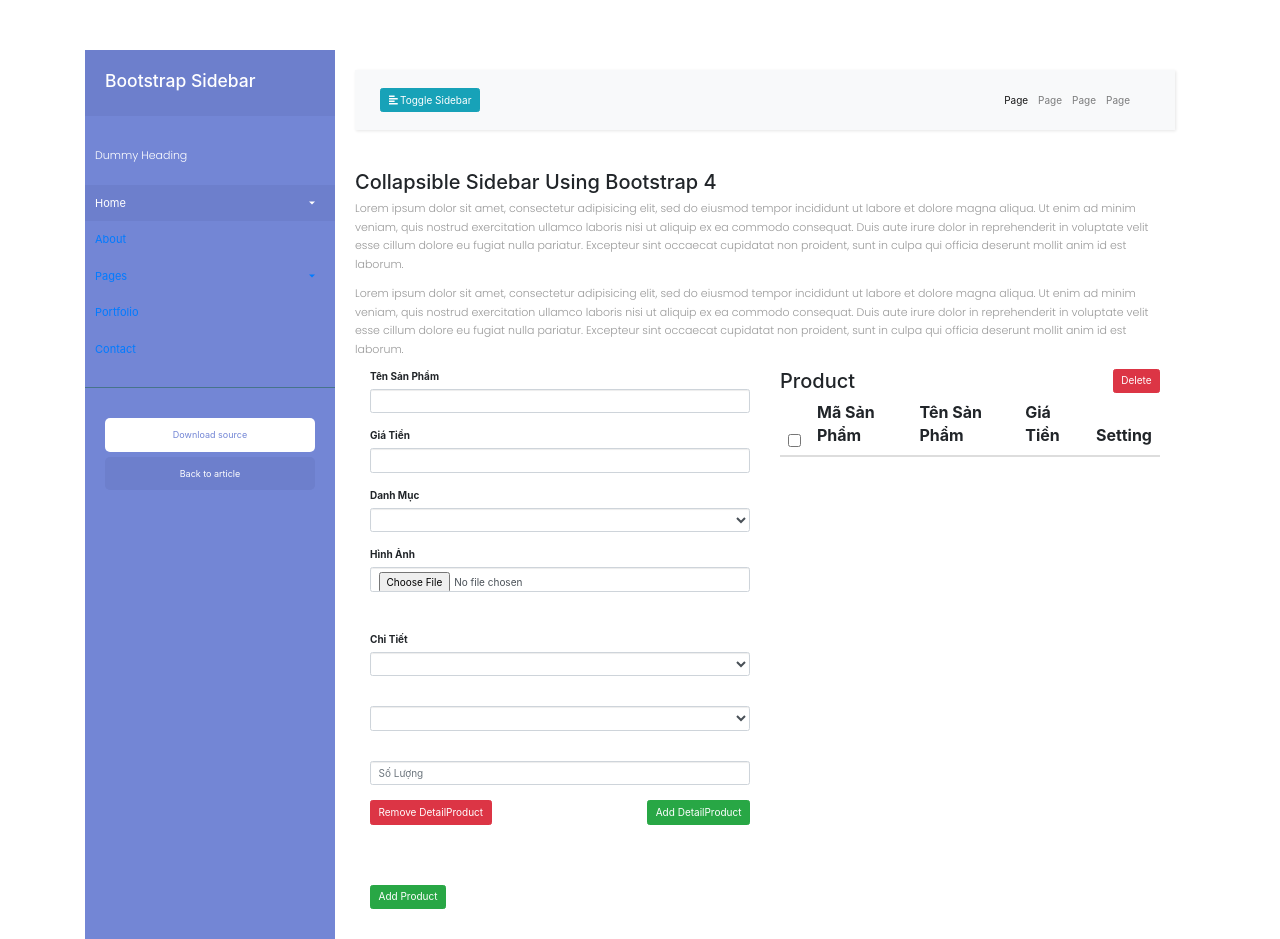
Repository: tiendungnguyen738/shoponline
Page: http://localhost/shoponline/WEB-INF/views/Product_Admin.jsp
An editor plug-in stored every save of this project. The page is shown before and after the next save, followed by the edit.
The browser window is 1280 px wide. The pictures show the whole page.
Some web libraries are served in a nearby version. The page is served by Tomcat 9. Nobody is signed in. Other server files are loaded and not shown. The template is opened directly, without the code that normally fills it, so the values that code supplies are empty.

Above is the page before, as saved 2019-09-24 13:22:17.

### shoponline/src/main/webapp/WEB-INF/views/Product_Admin.jsp
<%@ taglib prefix="c" uri="http://java.sun.com/jsp/jstl/core" %>
<%@ page contentType="text/html;charset=UTF-8" language="java" %>

<html>
<head>
    <title>Product-Manage</title>
    <meta charset="utf-8">
    <link rel="stylesheet" href="https://maxcdn.bootstrapcdn.com/bootstrap/3.4.0/css/bootstrap.min.css">
   	<link rel="stylesheet" href="<c:url value='/resources/admin/product-admin.css'/>"/>
   	<link rel="stylesheet" href="<c:url value='/resources/admin/style.css'/>"/>

   	<meta name="viewport" content="width=device-width, initial-scale=1.0">
    <meta http-equiv="X-UA-Compatible" content="IE=edge">

    <link rel="stylesheet" href="https://stackpath.bootstrapcdn.com/bootstrap/4.1.0/css/bootstrap.min.css" integrity="sha384-9gVQ4dYFwwWSjIDZnLEWnxCjeSWFphJiwGPXr1jddIhOegiu1FwO5qRGvFXOdJZ4" crossorigin="anonymous">
    <script defer src="https://use.fontawesome.com/releases/v5.0.13/js/solid.js" integrity="sha384-tzzSw1/Vo+0N5UhStP3bvwWPq+uvzCMfrN1fEFe+xBmv1C/AtVX5K0uZtmcHitFZ" crossorigin="anonymous"></script>
    <script defer src="https://use.fontawesome.com/releases/v5.0.13/js/fontawesome.js" integrity="sha384-6OIrr52G08NpOFSZdxxz1xdNSndlD4vdcf/q2myIUVO0VsqaGHJsB0RaBE01VTOY" crossorigin="anonymous"></script>

</head>
<body>
    <div class="container" style="margin-top: 50px;">
    <div class="wrapper">
			<nav id="sidebar">
            <div class="sidebar-header">
                <h3>Bootstrap Sidebar</h3>
            </div>

            <ul class="list-unstyled components">
                <p>Dummy Heading</p>
                <li class="active">
                    <a href="#homeSubmenu" data-toggle="collapse" aria-expanded="false" class="dropdown-toggle">Home</a>
                    <ul class="collapse list-unstyled" id="homeSubmenu">
                        <li>
                            <a href="#">Home 1</a>
                        </li>
                        <li>
                            <a href="#">Home 2</a>
                        </li>
                        <li>
                            <a href="#">Home 3</a>
                        </li>
                    </ul>
                </li>
                <li>
                    <a href="#">About</a>
                </li>
                <li>
                    <a href="#pageSubmenu" data-toggle="collapse" aria-expanded="false" class="dropdown-toggle">Pages</a>
                    <ul class="collapse list-unstyled" id="pageSubmenu">
                        <li>
                            <a href="#">Page 1</a>
                        </li>
                        <li>
                            <a href="#">Page 2</a>
                        </li>
                        <li>
                            <a href="#">Page 3</a>
                        </li>
                    </ul>
                </li>
                <li>
                    <a href="#">Portfolio</a>
                </li>
                <li>
                    <a href="#">Contact</a>
                </li>
            </ul>

            <ul class="list-unstyled CTAs">
                <li>
                    <a href="https://bootstrapious.com/tutorial/files/sidebar.zip" class="download">Download source</a>
                </li>
                <li>
                    <a href="https://bootstrapious.com/p/bootstrap-sidebar" class="article">Back to article</a>
                </li>
            </ul>
        </nav>
            <div id="content">

            <nav class="navbar navbar-expand-lg navbar-light bg-light">
                <div class="container-fluid">

                    <button type="button" id="sidebarCollapse" class="btn btn-info">
                        <i class="fas fa-align-left"></i>
                        <span>Toggle Sidebar</span>
                    </button>
                    <button class="btn btn-dark d-inline-block d-lg-none ml-auto" type="button" data-toggle="collapse" data-target="#navbarSupportedContent" aria-controls="navbarSupportedContent" aria-expanded="false" aria-label="Toggle navigation">
                        <i class="fas fa-align-justify"></i>
                    </button>

                    <div class="collapse navbar-collapse" id="navbarSupportedContent">
                        <ul class="nav navbar-nav ml-auto">
                            <li class="nav-item active">
                                <a class="nav-link" href="#">Page</a>
                            </li>
                            <li class="nav-item">
                                <a class="nav-link" href="#">Page</a>
                            </li>
                            <li class="nav-item">
                                <a class="nav-link" href="#">Page</a>
                            </li>
                            <li class="nav-item">
                                <a class="nav-link" href="#">Page</a>
                            </li>
                        </ul>
                    </div>
                </div>
            </nav>

            <h2>Collapsible Sidebar Using Bootstrap 4</h2>
            <p>Lorem ipsum dolor sit amet, consectetur adipisicing elit, sed do eiusmod tempor incididunt ut labore et dolore magna aliqua. Ut enim ad minim veniam, quis nostrud exercitation ullamco laboris nisi ut aliquip ex ea commodo consequat. Duis aute irure dolor in reprehenderit in voluptate velit esse cillum dolore eu fugiat nulla pariatur. Excepteur sint occaecat cupidatat non proident, sunt in culpa qui officia deserunt mollit anim id est laborum.</p>
            <p>Lorem ipsum dolor sit amet, consectetur adipisicing elit, sed do eiusmod tempor incididunt ut labore et dolore magna aliqua. Ut enim ad minim veniam, quis nostrud exercitation ullamco laboris nisi ut aliquip ex ea commodo consequat. Duis aute irure dolor in reprehenderit in voluptate velit esse cillum dolore eu fugiat nulla pariatur. Excepteur sint occaecat cupidatat non proident, sunt in culpa qui officia deserunt mollit anim id est laborum.</p>


            <div class="col-md-6 col-sm-12 form-group">
                <form id="form-sanpham">
                    <label>Tên Sản Phẩm</label>
                    <input type="text" class="form-control" id="tenSanPham" name="tenSanPham"></br>

                    <label>Giá Tiền</label>
                    <input type="text" class="form-control" id="giaTien" name="giaTien"></br>

                    <label for="danhmucsanpham">Danh Mục</label><br>
                    <select id="danhmucsanpham" name="danhmucsanpham" class="form-control">
                       <c:forEach items="${categoryList}" var="categoryList">
                            <option value="${categoryList.category_id}">${categoryList.category_name}</option>
                        </c:forEach>
                    </select><br/>

                    <label>Hình Ảnh</label>
                    <input type="file" class="form-control" id="uploadhinhanh" name="uploadhinhanh"></br>
					<br/>
                </form>
                    <div id="containerChitietsanpham">

                        <div class="chitietsanpham">
                            <label>Chi Tiết</label></br>

                            <select name="size" class="form-control">
                                 <c:forEach items="${sizeList}" var="sizeList">
                                    <option value="${sizeList.id}">${sizeList.sizeName}</option>
                                </c:forEach>
                            </select></br></br>

                            <select name="mau" class="form-control">
                                 <c:forEach items="${colorList}" var="colorList">
                                    <option value="${colorList.id}">${colorList.colorName}</option>
                                </c:forEach>
                            </select></br></br>

                            <input type="number" name="soluong" class="form-control" placeholder="Số Lượng"/></br>
                            <button type="button" class="btn btn-danger btn-remove" style="display: inline;">Remove DetailProduct</button>
                            <button type="button" class="btn btn-success btn-detail" style="float:right;display: inline;">Add DetailProduct</button></br>
                        </div></br></br>
                    </div>

                        <div class="chitietsanpham" id="idChiTietSanPham">
                            <label>Chi Tiết</label></br>

                            <select name="size" class="form-control" id="size1">
                                <c:forEach items="${sizeList}" var="sizeList">
                                    <option value="${sizeList.id}">${sizeList.sizeName}</option>
                                </c:forEach>
                            </select></br></br>

                            <select name="mau" class="form-control" id="mau1">
                                 <c:forEach items="${colorList}" var="colorList">
                                    <option value="${colorList.id}">${colorList.colorName}</option>
                                </c:forEach>
                            </select></br></br>

                            <input type="number" name="soluong" id="soLuong1" class="form-control" placeholder="Số Lượng"/></br>
                            <button type="button" class="btn btn-danger btn-remove" style="display: inline;">Remove DetailProduct</button>
                            <button type="button" class="btn btn-success btn-detail" style="float:right;display: inline;">Add DetailProduct</button></br><br/>
                            <button type="button" class="btn btn-dark" id="cancel">Cancel</button>
                            <button type="button" class="btn btn-primary capNhatSanPham" id="capNhatSanPham">Update Product</button>
                        </div></br></br>
                    <button id="btn-themSanPham" type="button" class="btn btn-success">Add Product</button>

            </div>
	        <div class="col-md-6 col-sm-12">
	            <div>
	                <h2 style="display: inline;">Product</h2>
	                <button type="button" class="btn btn-danger" id="button-delete" style="float:right;display: inline;">Delete</button>
	            </div>
	            <table class="table table-hover" id="table-product">
	                <thead>
	                <tr>
	                    <th><input type="checkbox" class="AllCheckBox" id="allBox"></th>
	                    <th>Mã Sản Phẩm</th>
	                    <th>Tên Sản Phẩm</th>
	                    <th>Giá Tiền</th>
	                    <th>Setting</th>
	                </tr>
	                </thead>
	                <tbody>
		             	<c:forEach items="${productList1}" var="pro">
		                    <tr>
		                        <td><input type="checkbox" value="${pro.id}" name="sport"/></td>
		                        <td>${pro.id}</td>
		                        <td>${pro.productName}</td>
		                        <td>${pro.price}</td>
		                        <td><button type="button" class="btn btn-warning" value="${pro.id}" id="editProduct">Edit</button></td>
		                    </tr>
		                </c:forEach>
	                </tbody>
	            </table>
	            <ul style="display: inline;list-style-type: none;" class="pagination">
	                <c:forEach begin="1" end="${tongSoTrang}" var="trangThu">
	                     <li style="display: inline;margin-left: -6%;" class="page-item">
	                         <a href="/shoponline/admin-product/${trangThu}" class="page" style="padding: 7px 10px;border-radius: 5px; border:1px blue solid;"><c:out value="${trangThu}"/></a>
	                     </li>
	                </c:forEach>
	            </ul>
	        </div>


        </div>
        </div>
    </div>

    <script src="https://code.jquery.com/jquery-3.3.1.slim.min.js" integrity="sha384-q8i/X+965DzO0rT7abK41JStQIAqVgRVzpbzo5smXKp4YfRvH+8abtTE1Pi6jizo" crossorigin="anonymous"></script>
    <!-- Popper.JS -->
    <script src="https://cdnjs.cloudflare.com/ajax/libs/popper.js/1.14.0/umd/popper.min.js" integrity="sha384-cs/chFZiN24E4KMATLdqdvsezGxaGsi4hLGOzlXwp5UZB1LY//20VyM2taTB4QvJ" crossorigin="anonymous"></script>
    <!-- Bootstrap JS -->
    <script src="https://stackpath.bootstrapcdn.com/bootstrap/4.1.0/js/bootstrap.min.js" integrity="sha384-uefMccjFJAIv6A+rW+L4AHf99KvxDjWSu1z9VI8SKNVmz4sk7buKt/6v9KI65qnm" crossorigin="anonymous"></script>

    <script type="text/javascript">
        $(document).ready(function () {
            $('#sidebarCollapse').on('click', function () {
                $('#sidebar').toggleClass('active');
            });
        });
    </script>
</body>

<script src="http://code.jquery.com/jquery-1.9.1.js"></script>
<script src="http://malsup.github.com/jquery.form.js"></script>
<script type="text/javascript" src="<c:url value='/resources/js/productManage.js'/>"></script>

</html>

### shoponline/src/main/webapp/resources/admin/product-admin.css
#idChiTietSanPham{
	 display:none;
}

### shoponline/src/main/webapp/resources/js/productManage.js
$(document).ready(function(){
	var idProduct = 0;
    var files= [];
	var nameImage = "";
	$("#uploadhinhanh").change(function(event){
		 files = event.target.files;
	       nameImage = files[0].name;
	       var forms = new FormData();
	       forms.append("file",files[0]);
	       $.ajax({
	           url:"/shoponline/api-product-manage/upload-image",
	           type:"POST",
	           data:forms,
	           processData: false,
	           contentType: false,
	           enctype:"multipart/form-data",
	           success:function(value){
	               alert("upload thanh cong");
	           }
	       })
	})

	$("body").on("click",".btn-detail",function(){
		var This = $("#idChiTietSanPham").clone();
		This.removeAttr("id");
		This.appendTo($("#containerChitietsanpham"));
	})

	$("body").delegate(".btn-remove","click",function(){
		this.closest(".chitietsanpham").remove();
	})

	$("body").on("click","#btn-themSanPham",function(){
		var productForm = {};
		var productDetail =[];

		var form  = $("#form-sanpham").serializeArray();
		$.each(form, function(i, field){
		   productForm[field.name] = field.value;
		  });

		$("#containerChitietsanpham > .chitietsanpham").each(function(){
			objectChiTiet = {};
            mauSanPham = $(this).find('select[name="mau"]').val();
            sizeSanPham = $(this).find('select[name="size"]').val();
            soLuong = $(this).find('input[name="soluong"]').val();

            objectChiTiet["mauSanPham"] = mauSanPham;
            objectChiTiet["sizeSanPham"] = sizeSanPham;
            objectChiTiet["soLuong"] = soLuong;

            productDetail.push(objectChiTiet);
		});

		productForm["productDetail"] = productDetail;
		productForm["nameImage"] = nameImage;
		var formInfor = JSON.stringify(productForm);
		console.log(formInfor);
		$.ajax({
			 url:"/shoponline/api-product-manage/add-product",
			 type:"POST",
			 data:{
				 formInfor:formInfor
			 },
			 success:function(value){
				 alert("add success");
			 }

		})
	})

	$("body").on("click","#editProduct",function(){
        $("#btn-themSanPham").addClass("hide");
        $("#uploadhinhanh").prop('readonly', true);
		idProduct = $(this).closest("tr").find("input[name='sport']").val();
		$.ajax({
			url:"/shoponline/api-product-manage/edit-product",
			type:"POST",
			data:{
				idProduct:idProduct
			},
			success:function(value){
				   $("#tenSanPham").val(value.productName);
	               $("#giaTien").val(value.price);
	               $("#danhmucsanpham").val(value.category.category_id);

	               $("#containerChitietsanpham").html("");

	               for( i in value.productsDetail){
	                   var chitietsanpham = $("#idChiTietSanPham").clone().removeAttr("id");
	                   chitietsanpham.find("#mau1").val(value.productsDetail[i].color.id);
	                   chitietsanpham.find("#size1").val(value.productsDetail[i].size.id);
	                   chitietsanpham.find("#soLuong1").val(value.productsDetail[i].soLuong);
	                   $("#containerChitietsanpham").append(chitietsanpham);
	               }
	               $("#cancel").removeClass("hide");
	               $("#capNhatSanPham").removeClass("hide");
			}
		})
	})

	$("body").on("click","#cancel",function(){
       $("#btn-themSanPham").removeClass("hide");
       $(this).addClass("hide");
       $("#capNhatSanPham").addClass("hide");
   })

	$("#allBox").change(function(){
       if(this.checked){
           $("#table-product input").each(function () {
                $(this).prop("checked",true);
           })
       }else {
           $("#table-product input").each(function () {
               $(this).prop("checked",false);
           })
       }
   })

   $("#button-delete").click(function(){
	   var idProduct;
	   $("#table-product input[name='sport']:checked").each(function () {
		   idProduct = $(this).val();
		   var This = $(this);
		   $.ajax({
			   url:"/shoponline/api-product-manage/delete-product",
			   type:"POST",
			   data:{
				   idProduct:idProduct
			   },
			   success:function(value){
				   alert("delete success !!!");
				   This.closest("tr").remove();
			   }
		   })
      })
   })

	$("body").on("click","#capNhatSanPham",function(){
		var formData = $("#form-sanpham").serializeArray();
        json = {};
        arrayChiTiet = [];
        $("#containerChitietsanpham > .chitietsanpham").each(function(){
            objectChiTiet = {};
            mauSanPham = $(this).find('select[name="mau"]').val();
            sizeSanPham = $(this).find('select[name="size"]').val();
            soLuong = $(this).find('input[name="soluong"]').val();

            objectChiTiet["mauSanPham"] = mauSanPham;
            objectChiTiet["sizeSanPham"] = sizeSanPham;
            objectChiTiet["soLuong"] = soLuong;

            arrayChiTiet.push(objectChiTiet);
        })

        $.each(formData,function(i,field){
            json[field.name] = field.value;
        })
        json["chiTietSanPham"] = arrayChiTiet;
        json["idProduct"] = idProduct;
        $.ajax({
            url:"/shoponline/api-product-manage/capNhapSanPham",
            type:"POST",
            data:{
                dataJson:JSON.stringify(json)
            },
            success:function(value){
                alert("update product success");
            }
        })
	})


})

Loaded but not shown: shoponline/src/main/webapp/resources/admin/style.css (common file)

After the next save:
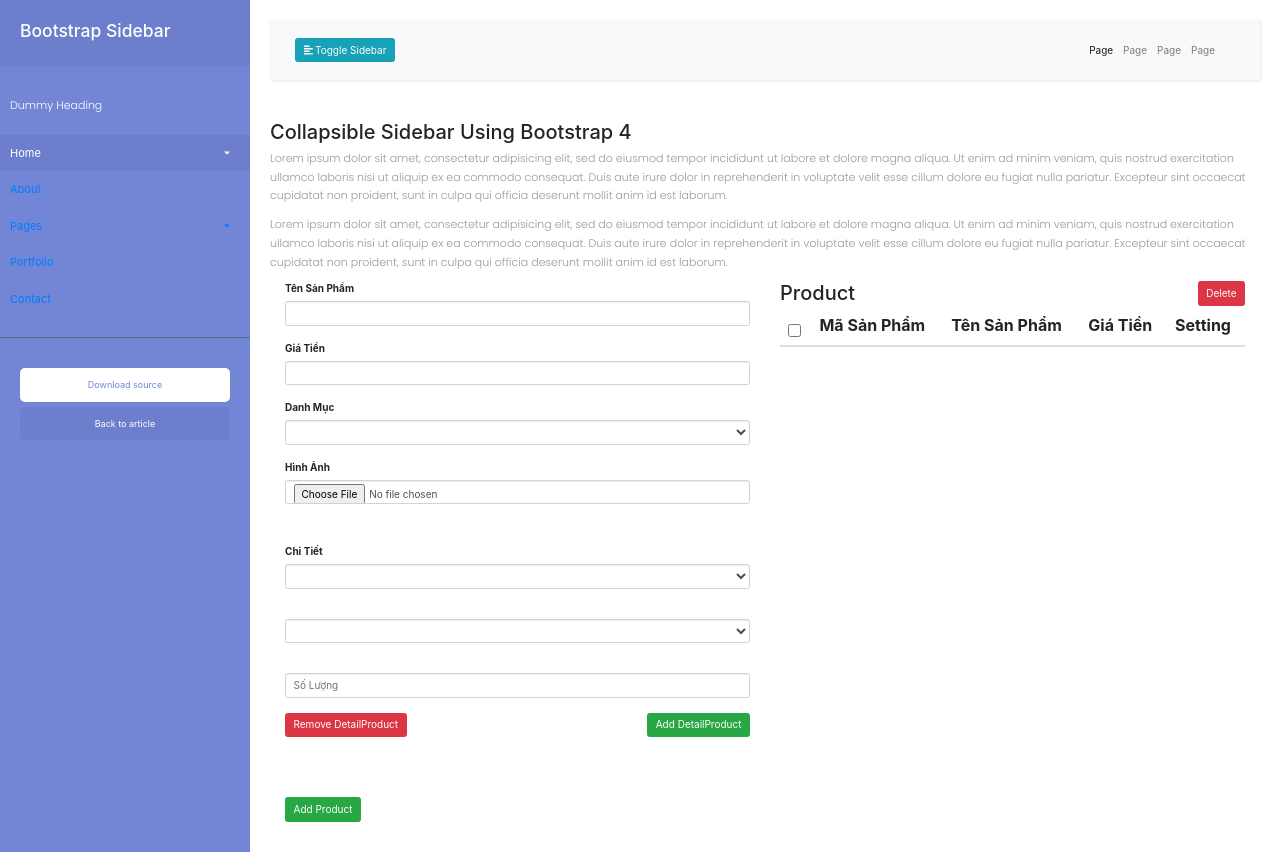
Saved 37 s later.
--- a/shoponline/src/main/webapp/WEB-INF/views/Product_Admin.jsp
+++ b/shoponline/src/main/webapp/WEB-INF/views/Product_Admin.jsp
@@ -18,7 +18,6 @@
 
 </head>
 <body>
-    <div class="container" style="margin-top: 50px;">
     <div class="wrapper">
 			<nav id="sidebar">
             <div class="sidebar-header">
@@ -217,7 +216,6 @@
 
         </div>
         </div>
-    </div>
 
     <script src="https://code.jquery.com/jquery-3.3.1.slim.min.js" integrity="sha384-q8i/X+965DzO0rT7abK41JStQIAqVgRVzpbzo5smXKp4YfRvH+8abtTE1Pi6jizo" crossorigin="anonymous"></script>
     <!-- Popper.JS -->
